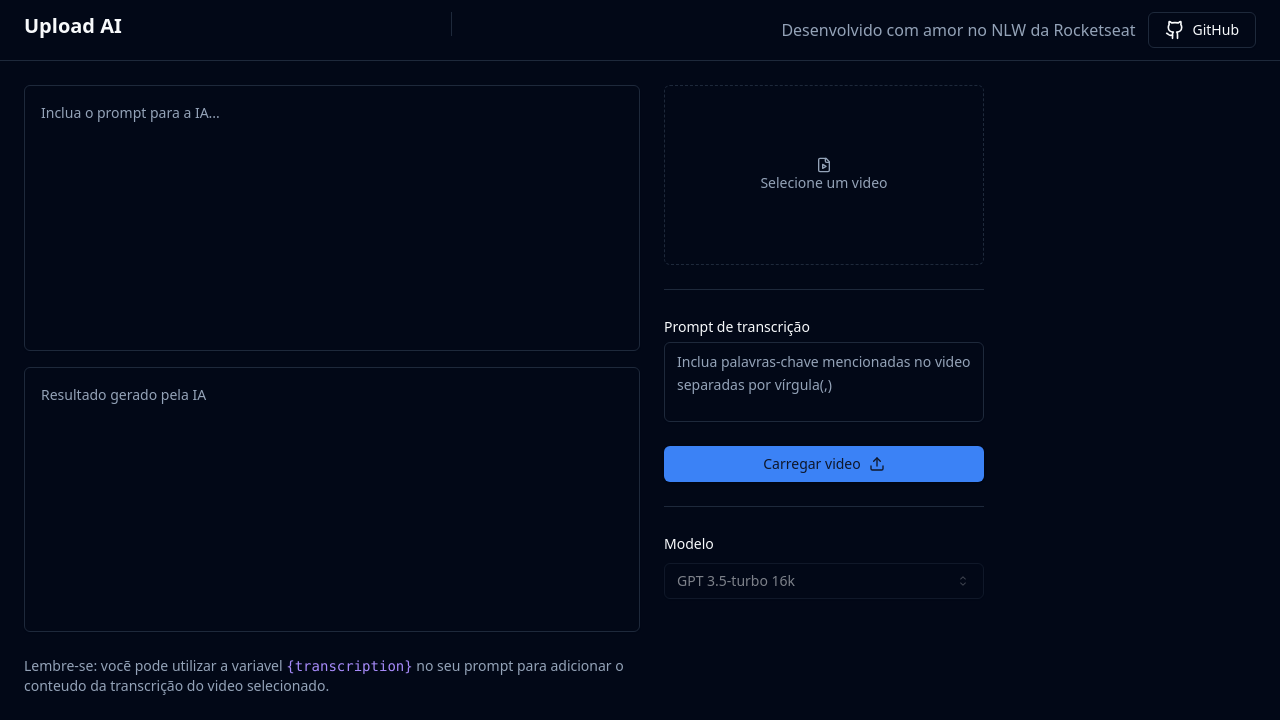
Repository: brksaian/nlw-2023-IA
Page: /
The author's editor kept a copy of each file at every save. The page is drawn from the files as they stood at one save, then again after the next save.
The browser window is 1280 px wide. The pictures show the whole page.
The project was rebuilt for these pictures with package versions that can differ from the ones it lists, and the page was loaded fresh each time. Also part of the build but not shown: vite.config.ts.

Above is the page before, as saved 2023-09-12 22:51:16.

### index.html
<!DOCTYPE html>
<html lang="en">
  <head>
    <meta charset="UTF-8" />
    <meta name="viewport" content="width=device-width, initial-scale=1.0" />
    <title>Upload AI</title>
  </head>
  <body>
    <div id="root"></div>
    <script type="module" src="/src/main.tsx"></script>
  </body>
</html>

### src/App.tsx
import { Button } from "./components/ui/button";
import { Github, FileVideo, Upload } from "lucide-react";
import { Separator } from "./components/ui/separator";
import { Textarea } from "./components/ui/textarea";
import { Label } from "./components/ui/label";
import {
  Select,
  SelectContent,
  SelectItem,
  SelectTrigger,
  SelectValue,
} from "./components/ui/select";

export function App() {
  return (
    <div className="min-h-screen flex flex-col">
      <div className="px-6 py-3 flex item-center justify-between border-b">
        <h1 className="text-xl font-bold">Upload AI</h1>

        <Separator orientation="vertical" className="h-6" />

        <div className="flex items-center gap-3">
          <span className="text-small text-muted-foreground">
            Desenvolvido com amor no NLW da Rocketseat
          </span>
          <Button variant="outline">
            <Github className="w-5 h-5 mr-2" />
            GitHub
          </Button>
        </div>
      </div>
      <main className="flex-1 p-6 flex gap-6">
        <div className="flex flex-col gap-6 w-1/2">
          <div className="grid grid-rows-2 gap-4 flex-1">
            <Textarea
              placeholder="Inclua o prompt para a IA..."
              className="resize-none p-4 leading-relaxed"
            />
            <Textarea
              placeholder="Resultado gerado pela IA"
              className="resize-none p-4 leading-relaxed"
              readOnly
            />
          </div>
          <p className="text-sm text-muted-foreground">
            Lembre-se: vocẽ pode utilizar a variavel{" "}
            <code className="text-violet-400">{"{transcription}"}</code> no seu
            prompt para adicionar o conteudo da transcrição do video
            selecionado.
          </p>
        </div>
        <aside className="w-80 space-y-6">
          <form className="space-y-6">
            <label
              htmlFor="video"
              className="border flex rounded-md aspect-video cursor-pointer border-dashed text-sm flex-col items-center justify-center text-muted-foreground hover:bg-primary/5"
            >
              <FileVideo className="w-4 h-4" />
              Selecione um video
            </label>
            <input
              type="file"
              name="video"
              id="video"
              className="sr-only"
              accept="video/mp4"
            />

            <Separator />

            <div className="space-y-1">
              <Label htmlFor="transcription-prompt">
                Prompt de transcrição
              </Label>
              <Textarea
                id="transcription-prompt"
                placeholder="Inclua palavras-chave mencionadas no video separadas por vírgula(,)"
                className="h-20 leading-relaxed resize-none"
              />
            </div>

            <Button className="w-full">
              Carregar video
              <Upload className="w-4 h-4 ml-2" />
            </Button>
          </form>

          <Separator />

          <form className="space-y-6">
            <div className="space-y-2">
              <Label htmlFor="keywords">Modelo</Label>
              <Select disabled defaultValue="gpt3.5">
                <SelectTrigger>
                  <SelectValue />
                </SelectTrigger>
                <SelectContent>
                  <SelectItem value={"gpt3.5"}>GPT 3.5-turbo 16k</SelectItem>
                </SelectContent>
              </Select>
            </div>
          </form>
        </aside>
      </main>
    </div>
  );
}

### src/index.css
@tailwind base;
@tailwind components;
@tailwind utilities;

@layer base {
  :root {
    --background: 222.2 84% 4.9%;
    --foreground: 210 40% 98%;
    --card: 222.2 84% 4.9%;
    --card-foreground: 210 40% 98%;
    --popover: 222.2 84% 4.9%;
    --popover-foreground: 210 40% 98%;
    --primary: 217.2 91.2% 59.8%;
    --primary-foreground: 222.2 47.4% 11.2%;
    --secondary: 217.2 32.6% 17.5%;
    --secondary-foreground: 210 40% 98%;
    --muted: 217.2 32.6% 17.5%;
    --muted-foreground: 215 20.2% 65.1%;
    --accent: 217.2 32.6% 17.5%;
    --accent-foreground: 210 40% 98%;
    --destructive: 0 62.8% 30.6%;
    --destructive-foreground: 210 40% 98%;
    --border: 217.2 32.6% 17.5%;
    --input: 217.2 32.6% 17.5%;
    --ring: 224.3 76.3% 48%;

    --radius: 0.5rem;
  }
}

@layer base {
  * {
    @apply border-border;
  }
  body {
    @apply bg-background text-foreground;
  }
}

### src/components/ui/button.tsx
import * as React from "react"
import { Slot } from "@radix-ui/react-slot"
import { cva, type VariantProps } from "class-variance-authority"

import { cn } from "@/lib/utils"

const buttonVariants = cva(
  "inline-flex items-center justify-center rounded-md text-sm font-medium transition-colors focus-visible:outline-none focus-visible:ring-1 focus-visible:ring-ring disabled:pointer-events-none disabled:opacity-50",
  {
    variants: {
      variant: {
        default:
          "bg-primary text-primary-foreground shadow hover:bg-primary/90",
        destructive:
          "bg-destructive text-destructive-foreground shadow-sm hover:bg-destructive/90",
        outline:
          "border border-input bg-transparent shadow-sm hover:bg-accent hover:text-accent-foreground",
        secondary:
          "bg-secondary text-secondary-foreground shadow-sm hover:bg-secondary/80",
        ghost: "hover:bg-accent hover:text-accent-foreground",
        link: "text-primary underline-offset-4 hover:underline",
      },
      size: {
        default: "h-9 px-4 py-2",
        sm: "h-8 rounded-md px-3 text-xs",
        lg: "h-10 rounded-md px-8",
        icon: "h-9 w-9",
      },
    },
    defaultVariants: {
      variant: "default",
      size: "default",
    },
  }
)

export interface ButtonProps
  extends React.ButtonHTMLAttributes<HTMLButtonElement>,
    VariantProps<typeof buttonVariants> {
  asChild?: boolean
}

const Button = React.forwardRef<HTMLButtonElement, ButtonProps>(
  ({ className, variant, size, asChild = false, ...props }, ref) => {
    const Comp = asChild ? Slot : "button"
    return (
      <Comp
        className={cn(buttonVariants({ variant, size, className }))}
        ref={ref}
        {...props}
      />
    )
  }
)
Button.displayName = "Button"

export { Button, buttonVariants }

### src/components/ui/separator.tsx
import * as React from "react"
import * as SeparatorPrimitive from "@radix-ui/react-separator"

import { cn } from "@/lib/utils"

const Separator = React.forwardRef<
  React.ElementRef<typeof SeparatorPrimitive.Root>,
  React.ComponentPropsWithoutRef<typeof SeparatorPrimitive.Root>
>(
  (
    { className, orientation = "horizontal", decorative = true, ...props },
    ref
  ) => (
    <SeparatorPrimitive.Root
      ref={ref}
      decorative={decorative}
      orientation={orientation}
      className={cn(
        "shrink-0 bg-border",
        orientation === "horizontal" ? "h-[1px] w-full" : "h-full w-[1px]",
        className
      )}
      {...props}
    />
  )
)
Separator.displayName = SeparatorPrimitive.Root.displayName

export { Separator }

### src/components/ui/textarea.tsx
import * as React from "react"

import { cn } from "@/lib/utils"

export interface TextareaProps
  extends React.TextareaHTMLAttributes<HTMLTextAreaElement> {}

const Textarea = React.forwardRef<HTMLTextAreaElement, TextareaProps>(
  ({ className, ...props }, ref) => {
    return (
      <textarea
        className={cn(
          "flex min-h-[60px] w-full rounded-md border border-input bg-transparent px-3 py-2 text-sm shadow-sm placeholder:text-muted-foreground focus-visible:outline-none focus-visible:ring-1 focus-visible:ring-ring disabled:cursor-not-allowed disabled:opacity-50",
          className
        )}
        ref={ref}
        {...props}
      />
    )
  }
)
Textarea.displayName = "Textarea"

export { Textarea }

### src/components/ui/label.tsx
import * as React from "react"
import * as LabelPrimitive from "@radix-ui/react-label"
import { cva, type VariantProps } from "class-variance-authority"

import { cn } from "@/lib/utils"

const labelVariants = cva(
  "text-sm font-medium leading-none peer-disabled:cursor-not-allowed peer-disabled:opacity-70"
)

const Label = React.forwardRef<
  React.ElementRef<typeof LabelPrimitive.Root>,
  React.ComponentPropsWithoutRef<typeof LabelPrimitive.Root> &
    VariantProps<typeof labelVariants>
>(({ className, ...props }, ref) => (
  <LabelPrimitive.Root
    ref={ref}
    className={cn(labelVariants(), className)}
    {...props}
  />
))
Label.displayName = LabelPrimitive.Root.displayName

export { Label }

### src/components/ui/select.tsx
import * as React from "react"
import { CaretSortIcon, CheckIcon } from "@radix-ui/react-icons"
import * as SelectPrimitive from "@radix-ui/react-select"

import { cn } from "@/lib/utils"

const Select = SelectPrimitive.Root

const SelectGroup = SelectPrimitive.Group

const SelectValue = SelectPrimitive.Value

const SelectTrigger = React.forwardRef<
  React.ElementRef<typeof SelectPrimitive.Trigger>,
  React.ComponentPropsWithoutRef<typeof SelectPrimitive.Trigger>
>(({ className, children, ...props }, ref) => (
  <SelectPrimitive.Trigger
    ref={ref}
    className={cn(
      "flex h-9 w-full items-center justify-between rounded-md border border-input bg-transparent px-3 py-2 text-sm shadow-sm ring-offset-background placeholder:text-muted-foreground focus:outline-none focus:ring-1 focus:ring-ring disabled:cursor-not-allowed disabled:opacity-50",
      className
    )}
    {...props}
  >
    {children}
    <SelectPrimitive.Icon asChild>
      <CaretSortIcon className="h-4 w-4 opacity-50" />
    </SelectPrimitive.Icon>
  </SelectPrimitive.Trigger>
))
SelectTrigger.displayName = SelectPrimitive.Trigger.displayName

const SelectContent = React.forwardRef<
  React.ElementRef<typeof SelectPrimitive.Content>,
  React.ComponentPropsWithoutRef<typeof SelectPrimitive.Content>
>(({ className, children, position = "popper", ...props }, ref) => (
  <SelectPrimitive.Portal>
    <SelectPrimitive.Content
      ref={ref}
      className={cn(
        "relative z-50 min-w-[8rem] overflow-hidden rounded-md border bg-popover text-popover-foreground shadow-md data-[state=open]:animate-in data-[state=closed]:animate-out data-[state=closed]:fade-out-0 data-[state=open]:fade-in-0 data-[state=closed]:zoom-out-95 data-[state=open]:zoom-in-95 data-[side=bottom]:slide-in-from-top-2 data-[side=left]:slide-in-from-right-2 data-[side=right]:slide-in-from-left-2 data-[side=top]:slide-in-from-bottom-2",
        position === "popper" &&
          "data-[side=bottom]:translate-y-1 data-[side=left]:-translate-x-1 data-[side=right]:translate-x-1 data-[side=top]:-translate-y-1",
        className
      )}
      position={position}
      {...props}
    >
      <SelectPrimitive.Viewport
        className={cn(
          "p-1",
          position === "popper" &&
            "h-[var(--radix-select-trigger-height)] w-full min-w-[var(--radix-select-trigger-width)]"
        )}
      >
        {children}
      </SelectPrimitive.Viewport>
    </SelectPrimitive.Content>
  </SelectPrimitive.Portal>
))
SelectContent.displayName = SelectPrimitive.Content.displayName

const SelectLabel = React.forwardRef<
  React.ElementRef<typeof SelectPrimitive.Label>,
  React.ComponentPropsWithoutRef<typeof SelectPrimitive.Label>
>(({ className, ...props }, ref) => (
  <SelectPrimitive.Label
    ref={ref}
    className={cn("px-2 py-1.5 text-sm font-semibold", className)}
    {...props}
  />
))
SelectLabel.displayName = SelectPrimitive.Label.displayName

const SelectItem = React.forwardRef<
  React.ElementRef<typeof SelectPrimitive.Item>,
  React.ComponentPropsWithoutRef<typeof SelectPrimitive.Item>
>(({ className, children, ...props }, ref) => (
  <SelectPrimitive.Item
    ref={ref}
    className={cn(
      "relative flex w-full cursor-default select-none items-center rounded-sm py-1.5 pl-2 pr-8 text-sm outline-none focus:bg-accent focus:text-accent-foreground data-[disabled]:pointer-events-none data-[disabled]:opacity-50",
      className
    )}
    {...props}
  >
    <span className="absolute right-2 flex h-3.5 w-3.5 items-center justify-center">
      <SelectPrimitive.ItemIndicator>
        <CheckIcon className="h-4 w-4" />
      </SelectPrimitive.ItemIndicator>
    </span>
    <SelectPrimitive.ItemText>{children}</SelectPrimitive.ItemText>
  </SelectPrimitive.Item>
))
SelectItem.displayName = SelectPrimitive.Item.displayName

const SelectSeparator = React.forwardRef<
  React.ElementRef<typeof SelectPrimitive.Separator>,
  React.ComponentPropsWithoutRef<typeof SelectPrimitive.Separator>
>(({ className, ...props }, ref) => (
  <SelectPrimitive.Separator
    ref={ref}
    className={cn("-mx-1 my-1 h-px bg-muted", className)}
    {...props}
  />
))
SelectSeparator.displayName = SelectPrimitive.Separator.displayName

export {
  Select,
  SelectGroup,
  SelectValue,
  SelectTrigger,
  SelectContent,
  SelectLabel,
  SelectItem,
  SelectSeparator,
}

Loaded but not shown: src/main.tsx (common file); src/lib/utils.ts (common file); tailwind.config.js (common file)

After the next save:
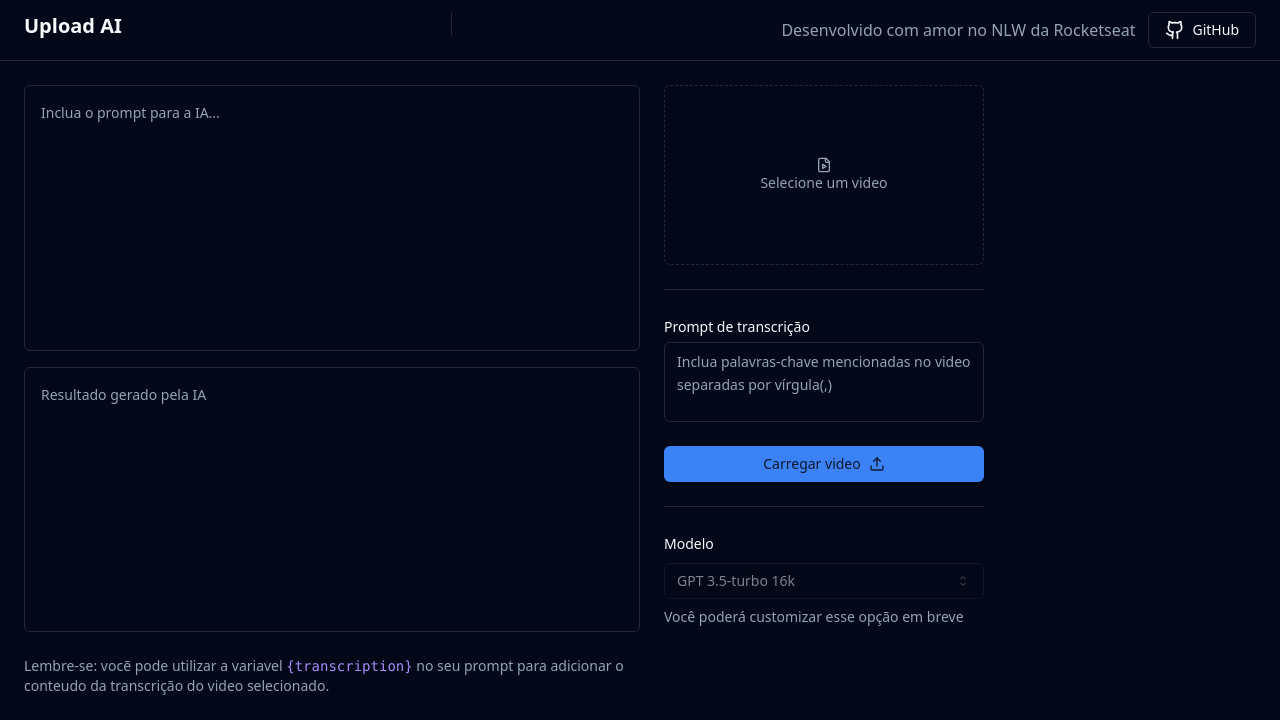
Saved 119 s later.
--- a/src/App.tsx
+++ b/src/App.tsx
@@ -98,6 +98,9 @@ export function App() {
                   <SelectItem value={"gpt3.5"}>GPT 3.5-turbo 16k</SelectItem>
                 </SelectContent>
               </Select>
+              <span className="text-sm text-muted-foreground block">
+                Você poderá customizar esse opção em breve
+              </span>
             </div>
           </form>
         </aside>
